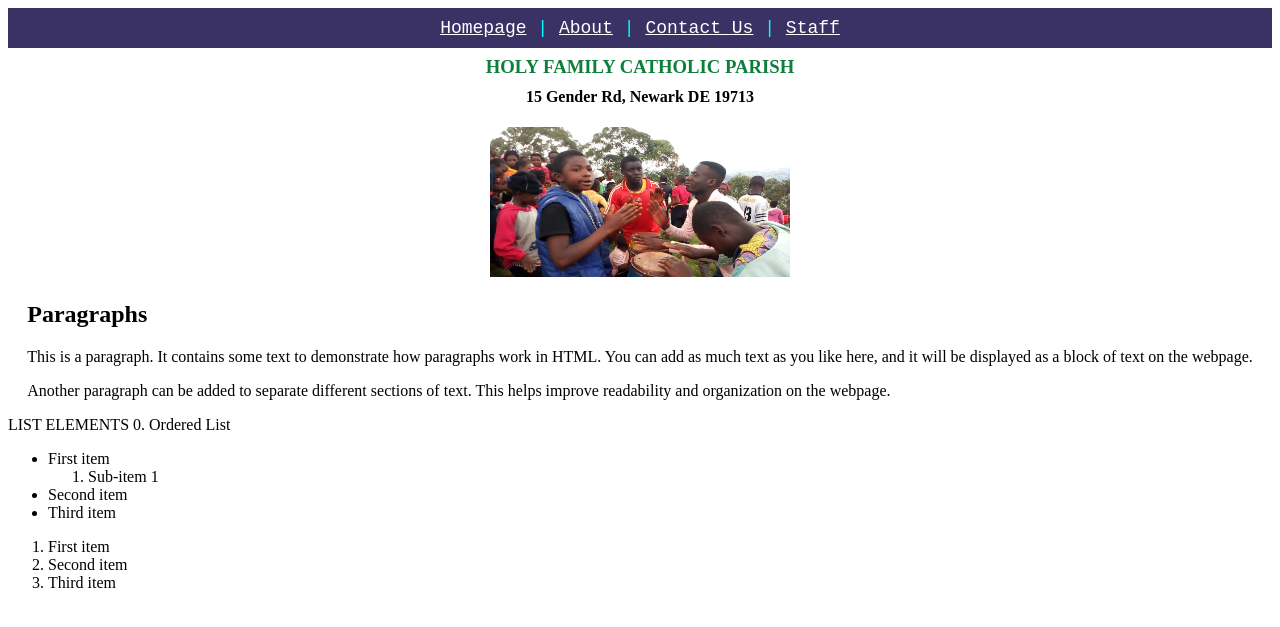
Repository: ficotims/HTML-RESTART
Page: Homepage.html
An editor plug-in stored every save of this project. The page is shown before and after the next save, followed by the edit.
The browser window is 1280 px wide. The pictures show the whole page.

Above is the page before, as saved 2026-02-10 17:18:19.

After the next save:
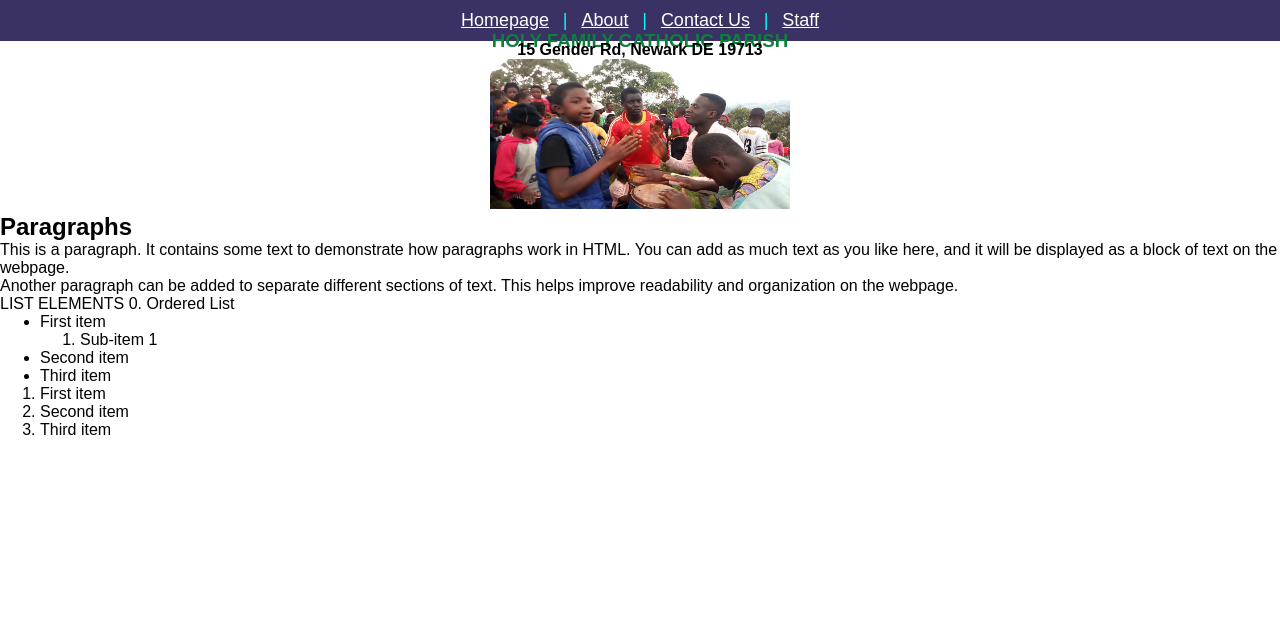
Saved 12 s later.
--- a/Style 1.css
+++ b/Style 1.css
@@ -15,9 +15,9 @@
     width: 200px;
 }
 
-{
+*{
     margin: 0px;
-    padding: 20px;
+    padding: px;
     box-sizing: border-box;
     font-family: Arial, Helvetica, sans-serif;
 }

After the save that followed:
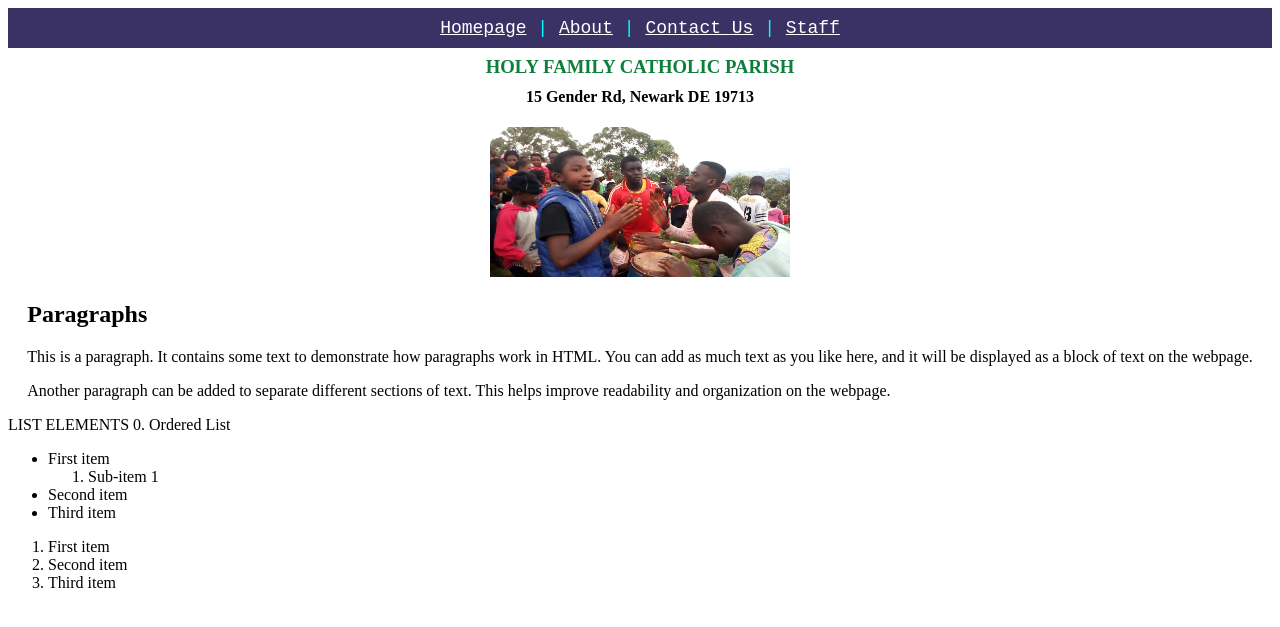
Saved 23 s later.
--- a/Style 1.css
+++ b/Style 1.css
@@ -15,7 +15,7 @@
     width: 200px;
 }
 
-*{
+{
     margin: 0px;
     padding: px;
     box-sizing: border-box;
